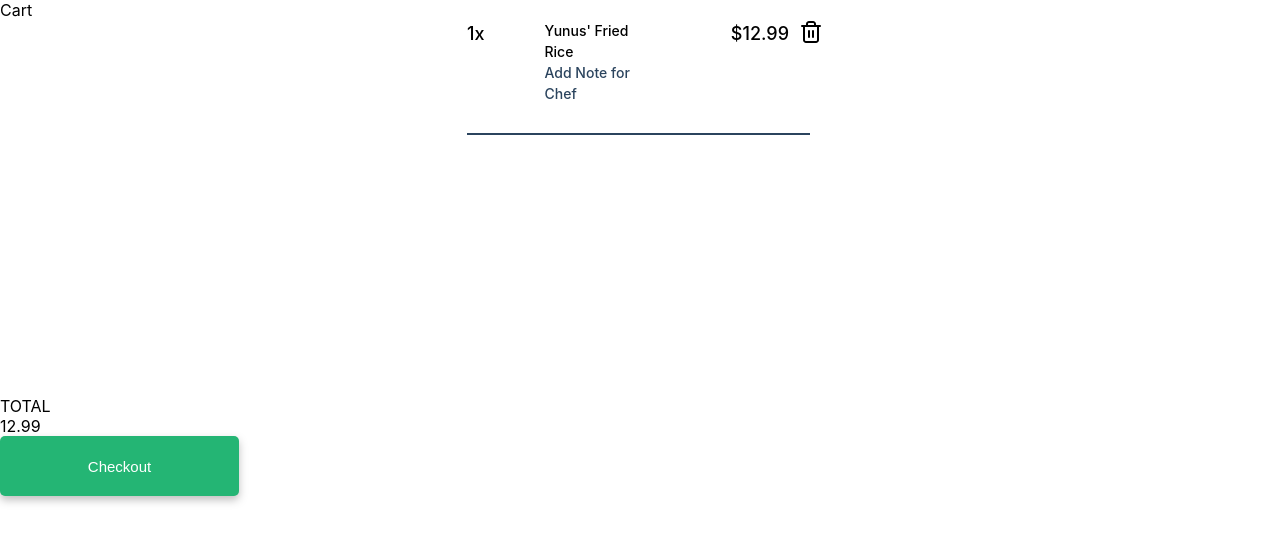
Repository: nguyenlejoe/HomeChef
Page: /DashBoardChef (app in app/)
The author's editor kept a copy of each file at every save. The page is drawn from the files as they stood at one save, then again after the next save.
The browser window is 1280 px wide. The pictures show the whole page.
The project was rebuilt for these pictures with package versions that can differ from the ones it lists, and the page was loaded fresh each time.

Above is the page before, as saved 2020-11-05 10:55:11.

### app/src/App.js
import React from 'react';
//import logo from './logo.svg';
//import './App.css';
import Pages from './pages/Checkout';

function App() {
  return (
    <Pages />
  );
}

export default App;

### app/src/pages/Checkout.js
import React from 'react';
import './Checkout.scss';
import CheckoutItem from '../comps/CheckoutItem';
import Button from '../comps/MainButton';

export default function CheckoutPage() {
  return<div className="app">
       <div>
           <div></div>
           <div>Cart</div>
       </div>
       <div className="checkout">
           <CheckoutItem></CheckoutItem>
       </div>

        <div>
            <div>TOTAL</div>
            <div>12.99</div>
        </div>
        <div>
            <Button text="Checkout"></Button>
        </div>
    </div>
}

### app/src/pages/Checkout.scss
.app{
    width: 100vw;
    height:100vh;
    overflow-x: hidden;

}

.checkout{
    margin-bottom: 300px;
    display: flex;
    justify-content: center;
}

.total{
    display: flex;
    justify-content: center;
}

### app/src/comps/CheckoutItem/index.js
import React from 'react';
import styled, {css} from 'styled-components';

const Checkoutitemcont = styled.div`

max-width:346px;
max-height:76px;


`
const Carttxt = styled.div`
display:flex;
flex-direction:row;
`
const Quantity = styled.div`
Margin-right: 60px;font-size: 18px;
font-style: normal;
font-weight: 500;
line-height: 27px;
letter-spacing: 0em;
text-align: left;

`

const ItemName = styled.div`
Margin-right: 90px;
font-size: 14px;
font-style: normal;
font-weight: 500;
line-height: 21px;
letter-spacing: 0em;
text-align: left;

`

const ChefNote = styled.div`
color: #2B445E;
cursor:pointer;

`

const Price = styled.div`
font-size: 18px;
font-style: normal;
font-weight: 500;
line-height: 27px;
letter-spacing: 0em;
text-align: left;

`

const Delete = styled.div`

`

const Bottomhr = styled.div`
height: 0px;
width: 341px;
border-radius: nullpx;
border: 1px solid #2B445E;
margin-top:29px;

`

const Iconcont = styled.div `
position:relative;
left:10px;
`









const CheckoutItem = ({Quant, Itemnm, Note, Pricetag,}) => {

    return <Checkoutitemcont>
            <Carttxt>
            <Quantity>{Quant}</Quantity>
            <ItemName>{Itemnm}<ChefNote>   {Note}</ChefNote></ItemName>
            <Price>{Pricetag}</Price>
            <Delete></Delete>
            <Iconcont>
            <img src="/trash-2.svg"/>
            </Iconcont>
            </Carttxt>
            <Bottomhr>

            </Bottomhr>
    </Checkoutitemcont>

}

CheckoutItem.defaultProps = {

    Quant:"1x",
    Itemnm:"Yunus' Fried Rice",
    Note:"Add Note for Chef",
    Pricetag:"$12.99",

}

export default CheckoutItem;

### app/src/comps/MainButton/index.js
import React from 'react';
import styled, {css} from 'styled-components';
import icon2 from '../../assets/DollarSign.png';

const ButtonContainer = styled.button`
    width: ${props =>props.width ? props.width : '239px'};
    height: ${props =>props.height ? props.height : '60px'};
    background-color: ${props =>props.bgcolor ? props.bgcolor : '#24B574'};
    border-radius: ${props =>props.radius ? props.radius : '5px'};
    display: flex;
    justify-content: center;
    align-items: center;
    filter: drop-shadow(0px 4px 4px rgba(0, 0, 0, 0.25));
    border:none;
`;

const ButtonText = styled.p`
    text-align: center;
    font-size: ${props =>props.fontSize ? props.fontSize : '15px'};;
    color:${props =>props.textColor ? props.textColor : '#FFFFFF'};
`;

const Icon = styled.div`
    ${() => css`
        background-image: url(${props =>props.icon1 ? props.icon1 : icon2});
        background-color:white;
        padding:10px;
        background-repeat: no-repeat;
        background-position: center;
        position:absolute;
        left: 0px;
        `}
    `;

const Button = ({text,textColor,bgcolor, width, height, radius, fontSize}) => {
    return <ButtonContainer bgcolor = {bgcolor} height={height} width={width} radius={radius}>
                <ButtonText fontSize={fontSize} textColor = {textColor}>{text}</ButtonText>
            </ButtonContainer>
}

ButtonText.defaultprops = {
    color:null,
}

export default Button;

Loaded but not shown: app/public/index.html (common file); app/src/index.js (common file); app/src/index.css (common file); app/src/serviceWorker.js (common file)

After the next save:
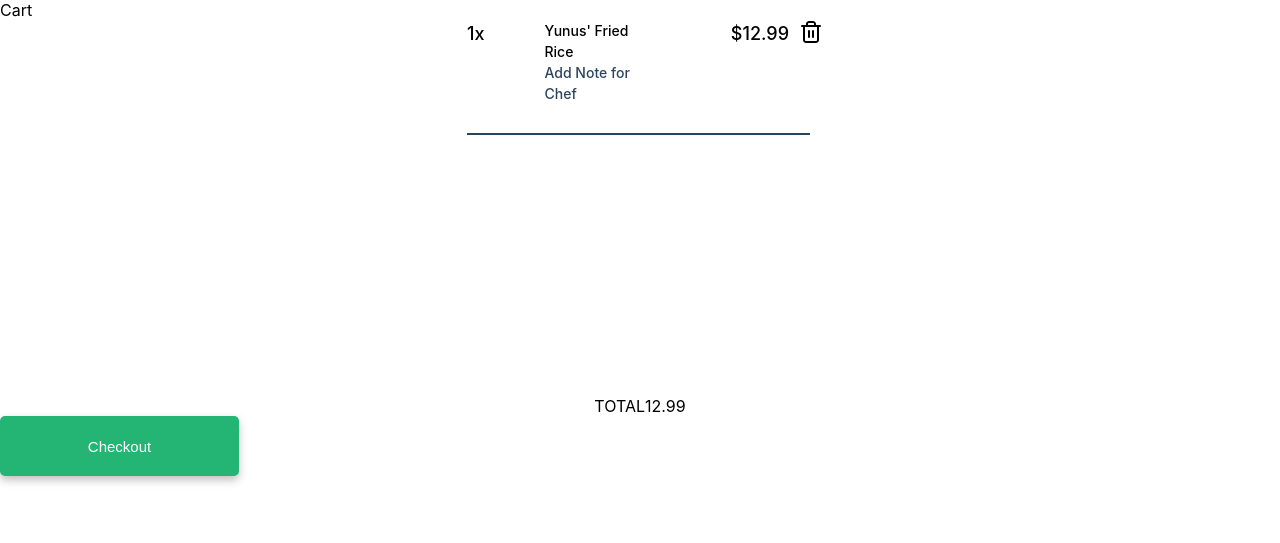
Saved 15 s later.
--- a/app/src/pages/Checkout.js
+++ b/app/src/pages/Checkout.js
@@ -13,7 +13,7 @@ export default function CheckoutPage() {
            <CheckoutItem></CheckoutItem>
        </div>
 
-        <div>
+        <div className="total">
             <div>TOTAL</div>
             <div>12.99</div>
         </div>
